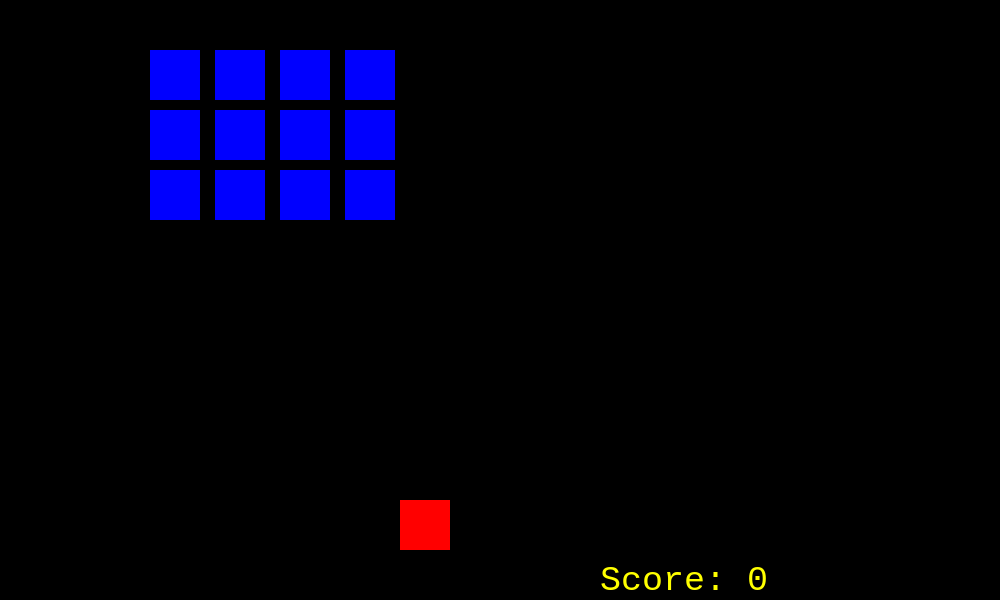
Repository: Igor-Boson/Space-Invaders-Python
Script's output: python main.py
An editor plug-in stored every save of this project. The script's output is shown before and after the next save, followed by the edit.
The window is shown after at most 60 frames with no key pressed. A system font it names is replaced by a similar one. Random numbers start from a fixed seed.

Above is the script's output before, as saved 2021-10-23 09:20:32.

After the next save:
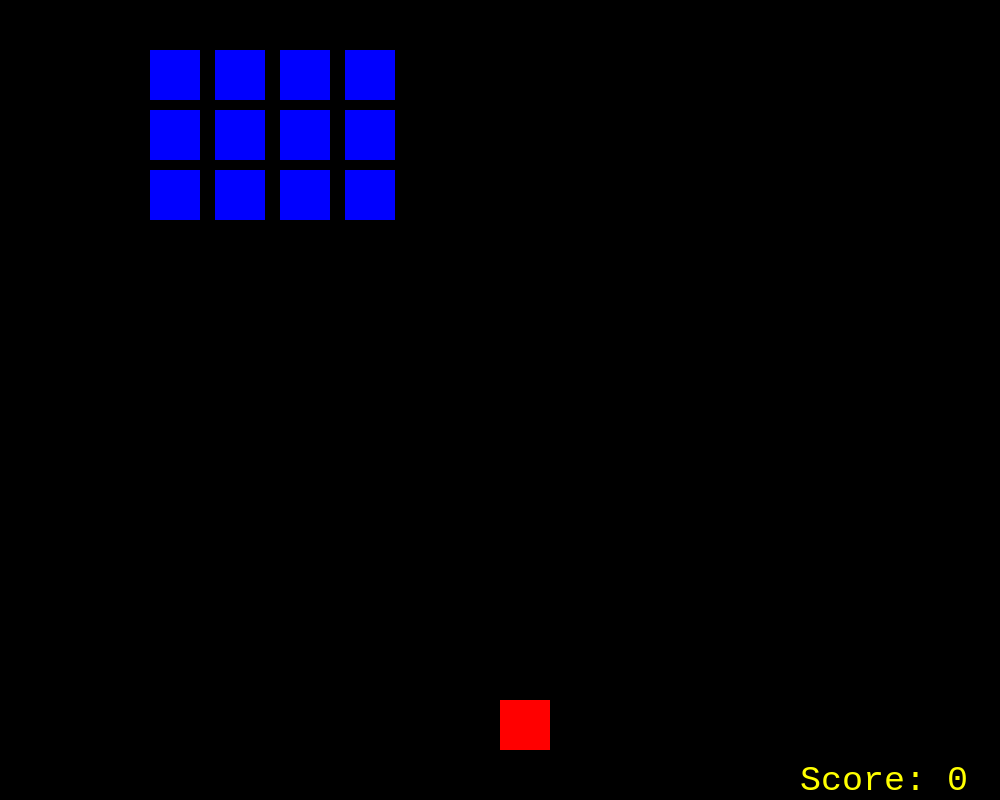
Saved 81 s later.
--- a/screen.py
+++ b/screen.py
@@ -2,7 +2,7 @@ from color import Color
 import pygame
 
 class Screen:
-    def __init__(self, handler, width=800, height=600, background_color=Color.BLACK, font_type="monospace", font_size=35, clock_tick=60):
+    def __init__(self, handler, width=1000, height=800, background_color=Color.BLACK, font_type="monospace", font_size=35, clock_tick=60):
         self.handler = handler
         self.width = width
         self.height = height
